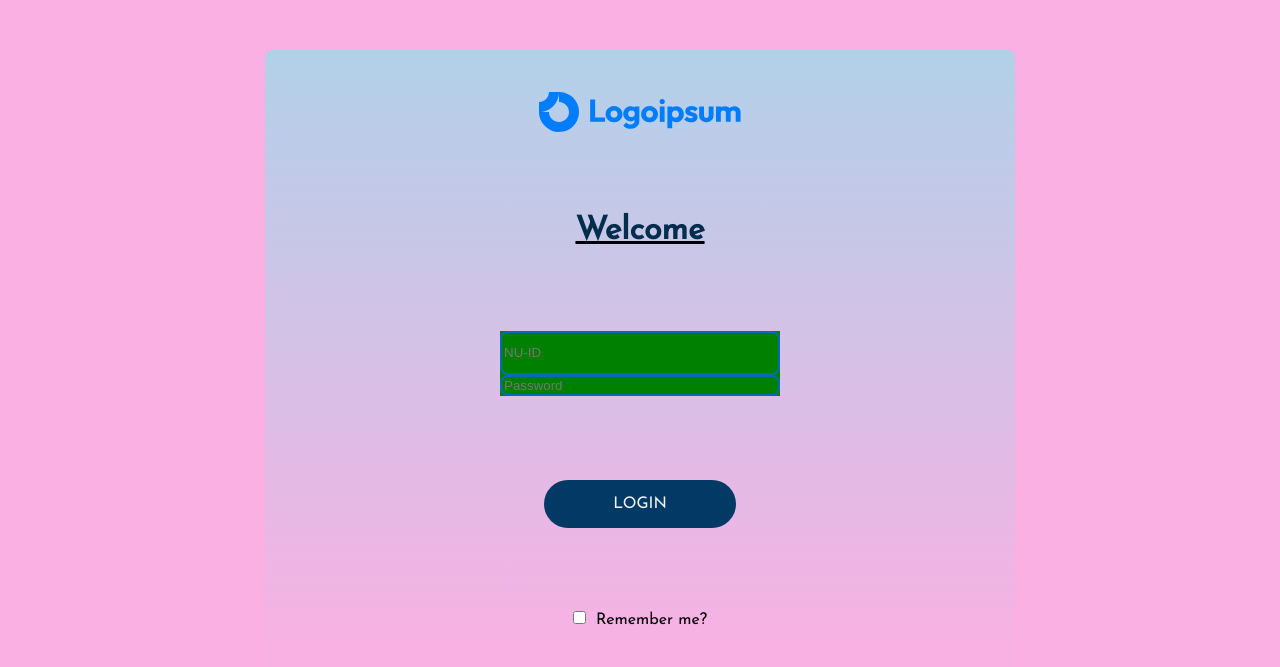
Repository: Tahaa2t/Researchers
Page: /
The author's editor kept a copy of each file at every save. The page is drawn from the files as they stood at one save, then again after the next save.
The browser window is 1280 px wide. The pictures show the whole page.
The project was rebuilt for these pictures with package versions that can differ from the ones it lists, and the page was loaded fresh each time.

Above is the page before, as saved 2023-06-28 00:32:13.

After the next save:
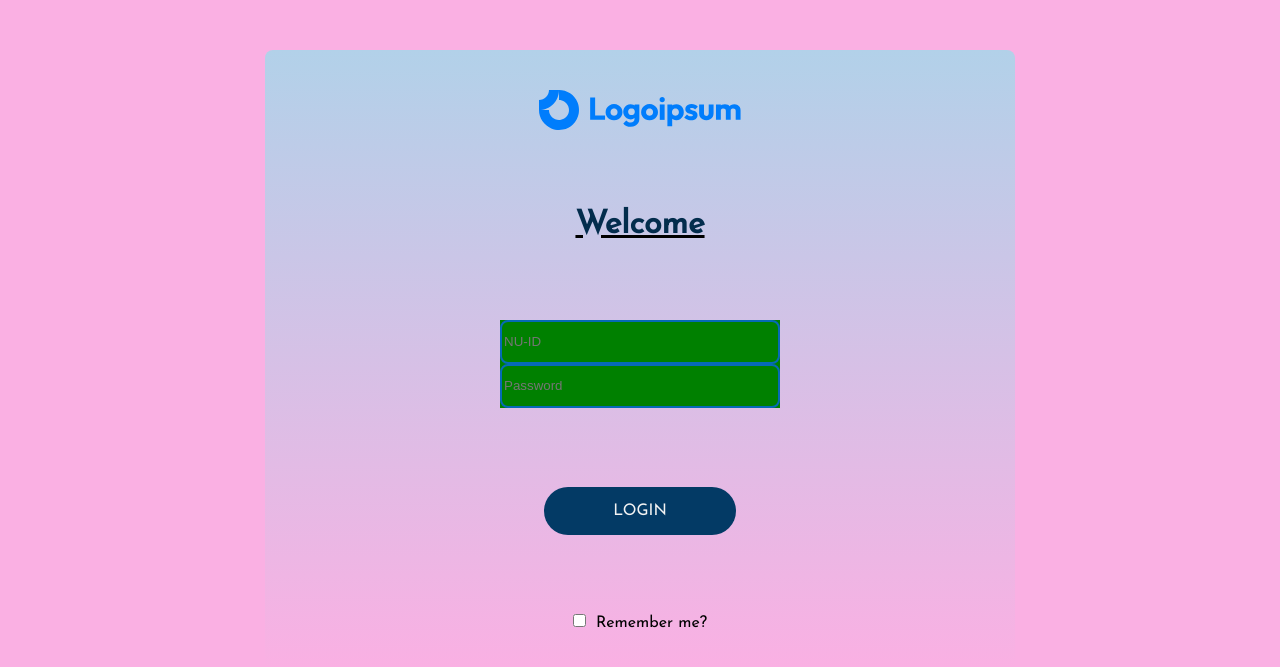
Saved 20 s later.
--- a/src/Components/css/loginstyle.css
+++ b/src/Components/css/loginstyle.css
@@ -79,8 +79,8 @@ input[type=password]{
   border-width: 10%;
   border-style: solid;
   /* outline-color: rgb(6, 106, 183); */
-  /* height: 3em;
-  width: 40%; */
+  height: 44px;
+  /*width: 40%; */
   /* position: relative;
   top: -1.5em; */
 }
